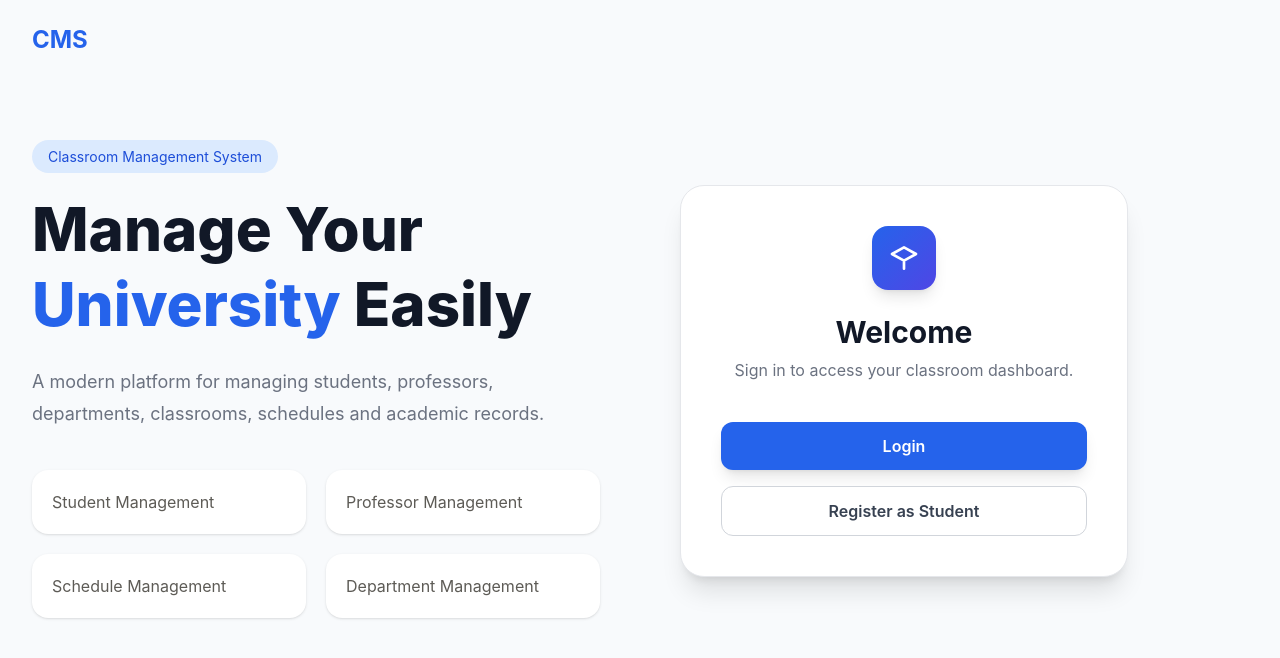
Repository: Chocovcandy/Classroom_Management_System
Page: http://localhost/Login_page
These files come from the project's save history. The page is drawn as it stood at one moment and after the next save; the edit follows.
The browser window is 1280 px wide. The pictures show the whole page.
Some web libraries are served in a nearby version. The page is served by the project's Laravel application, run on PHP 8.4 with Laravel 12.

Above is the page before, as saved 2026-08-09 16:22:17.

After the next save:
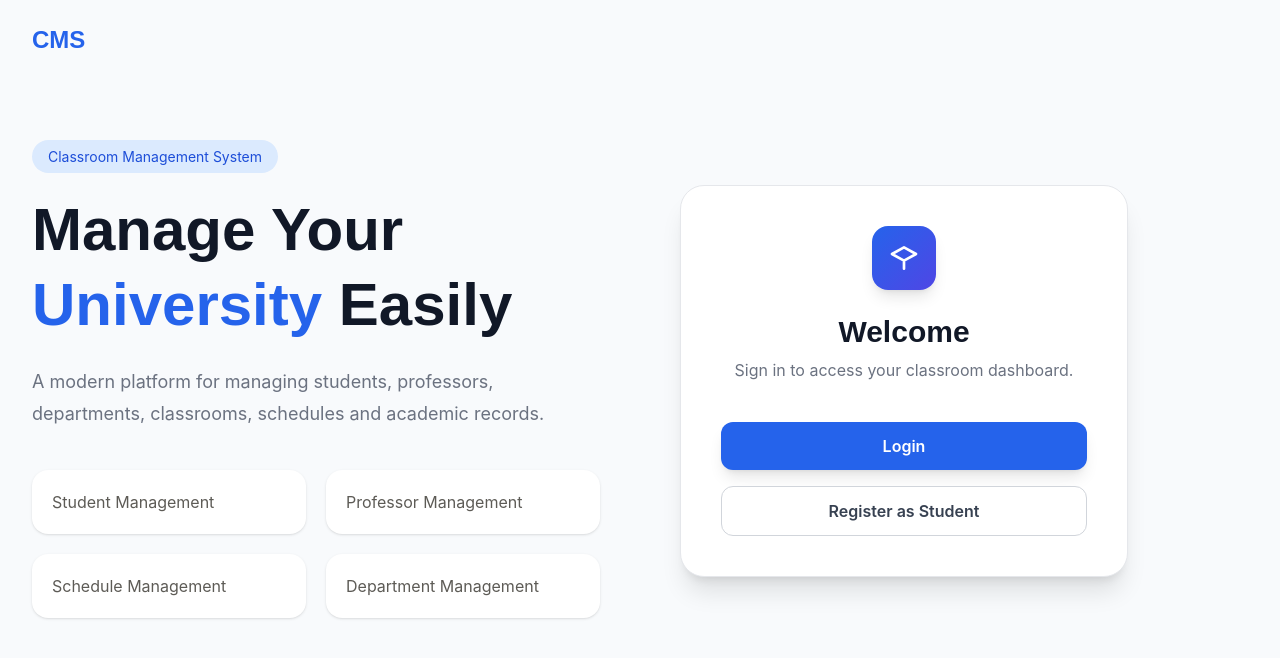
Saved 18 s later.
--- a/public/assets/css/style.css
+++ b/public/assets/css/style.css
@@ -78,7 +78,10 @@
     font-weight: var(--font-semi-bold);
     color: var(--title-color);
     line-height: 1.5;
-}
+}h1, h2, h3 {
+    font-family: 'Plus Jakarta Sans', sans-serif;
+}
+
 
 ul {
     list-style: none;
